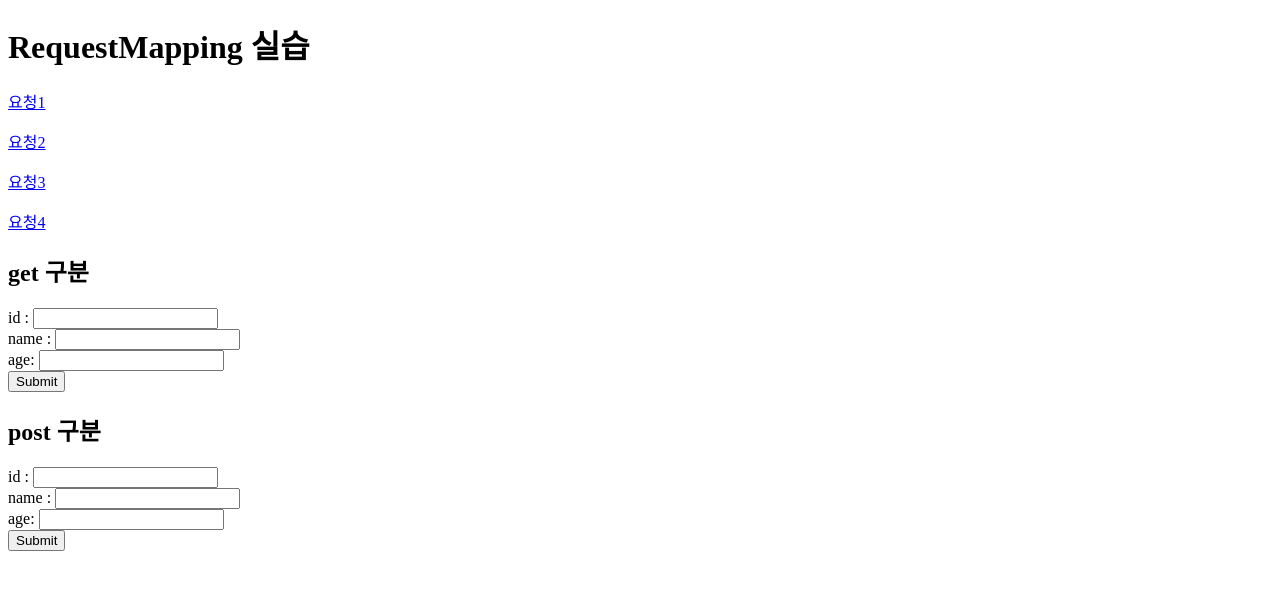
Repository: miniwon/springWeb
Page: http://localhost/fSpringMVC/02_requestMapping.jsp
These files come from the project's save history. The page is drawn as it stood at one moment and after the next save; the edit follows.
The browser window is 1280 px wide. The pictures show the whole page.
The page is served by Tomcat 9.

Above is the page before, as saved 2022-11-10 05:43:04.

After the next save:
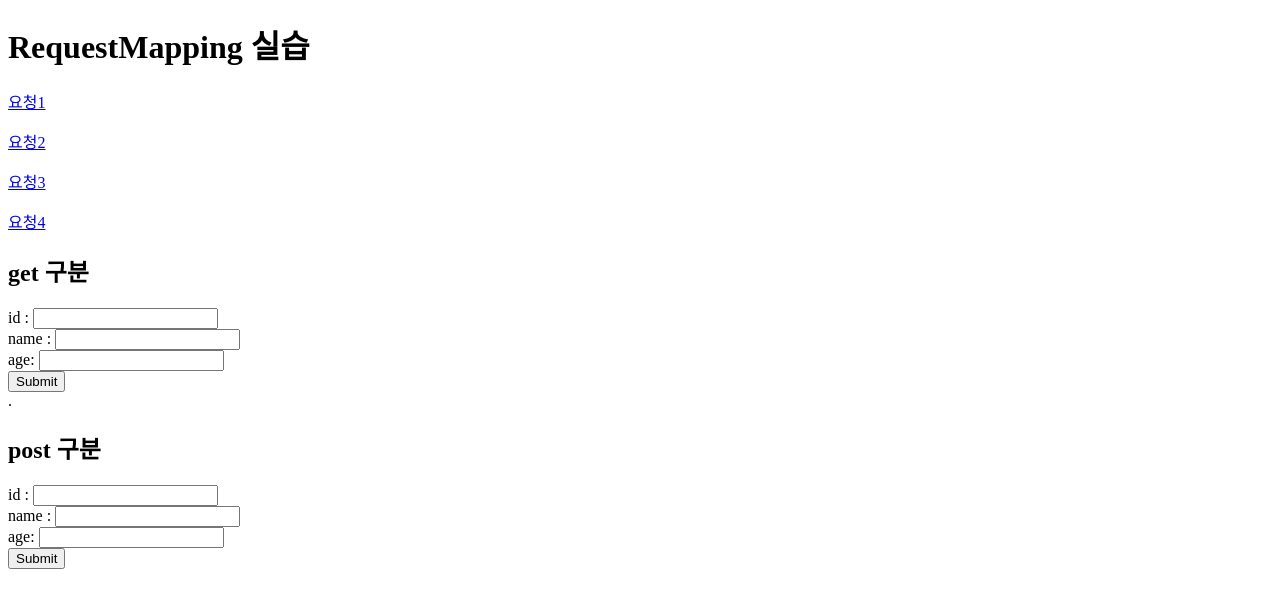
Saved 17 s later.
--- a/fSpringMVC/src/main/webapp/02_requestMapping.jsp
+++ b/fSpringMVC/src/main/webapp/02_requestMapping.jsp
@@ -20,7 +20,7 @@
 	age: <input type="text" name="age"><br/>
 	<input type="submit">
 </form>
-
+.
 
 <h2> post 구분</h2>
 <form action="re/request.do" method="post">

After the save that followed:
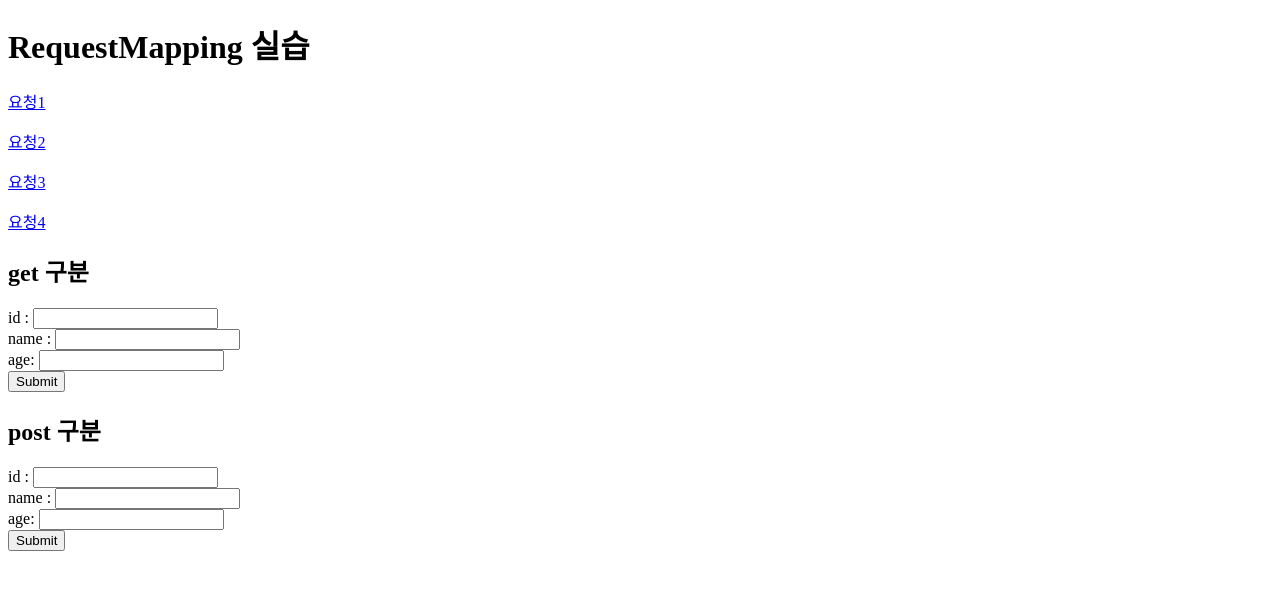
Saved 25 s later.
--- a/fSpringMVC/src/main/webapp/02_requestMapping.jsp
+++ b/fSpringMVC/src/main/webapp/02_requestMapping.jsp
@@ -20,7 +20,7 @@
 	age: <input type="text" name="age"><br/>
 	<input type="submit">
 </form>
-.
+
 
 <h2> post 구분</h2>
 <form action="re/request.do" method="post">
